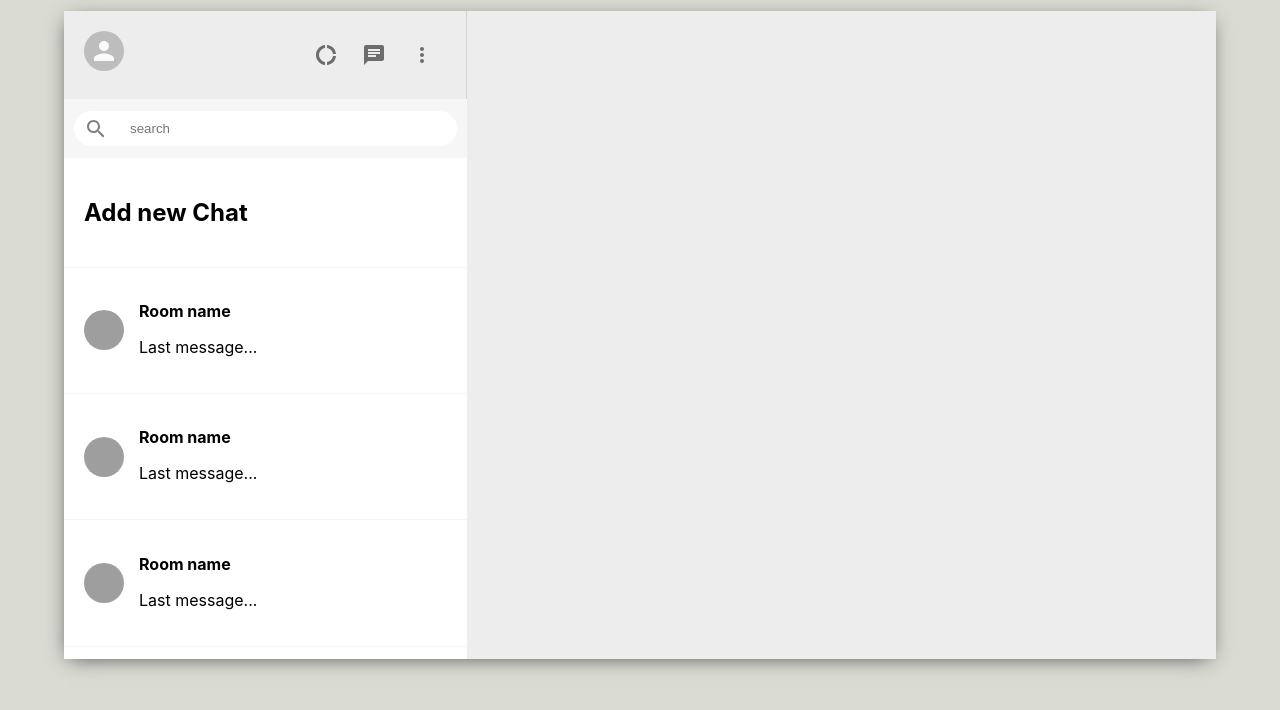
Repository: om1ars/functinal-chat
Page: /
These files come from the project's save history. The page is drawn as it stood at one moment and after a run of saves; the edit follows.
The browser window is 1280 px wide. The pictures show the whole page.
Pictures or frames that could not be fetched are drawn as grey boxes. The project was rebuilt for these pictures with package versions that can differ from the ones it lists, and the page was loaded fresh each time.

Above is the page before, as saved 2021-11-22 14:19:00.

### src/App.js
import "./App.css";
import Chat from "./components/Chat";
import Sidebar from "./components/Sidebar";

function App() {
  return (
    <div className="app">
      <div className="app__body">
        <Sidebar />
        <Chat />
      </div>
    </div>
  );
}

export default App;

### src/App.css
.app {
  background-color: #dadbd3;
  height: 100vh;
  display: grid;
  place-items: center;
}
.app__body {
  display: flex;
  width: 90vw;
  background-color: #ededed;
  margin-top: -50px;
  box-shadow: -1px 4px 20px -6px rgba(0, 0, 0, 0.7);
  height: 90vh;
}

### src/components/Chat.js
import React from 'react'
import './Chat.css'

export default function Chat() {
    return (
        <div className='chat'>

        </div>
    )
}

### src/components/Sidebar.js
import React from "react";
import "./Sisdebar.css";
import { Avatar, IconButton } from "@material-ui/core";
import { DonutLarge, Chat, MoreVert, SearchOutlined } from "@material-ui/icons";
import SidebarChat from "./SidebarChat";
function Sidebar() {
  return (
    <div className="sidebar">
      <div className="sidebar__header">
        <Avatar />
        <div className="sidebar__headerRight">
          <IconButton>
            <DonutLarge />
          </IconButton>
          <IconButton>
            <Chat />
          </IconButton>
          <IconButton>
            <MoreVert />
          </IconButton>
        </div>
      </div>
      <div className="sidebar__search">
        <div className="sidebar__searchContainer">
          <SearchOutlined />
          <input placeholder="search" type="text" />
        </div>
      </div>
      <div className="sidebar__chats">
        <SidebarChat addNewChat="Add new chat" />
        <SidebarChat  />
        <SidebarChat  />
        <SidebarChat  />
        <SidebarChat  />
        <SidebarChat  />
        <SidebarChat  />
      </div>
    </div>
  );
}

export default Sidebar;

### src/components/Chat.css
.chat {
    flex: .65;
}

### src/components/Sisdebar.css
.sidebar__header {
  display: flex;
  justify-content: space-between;
  padding: 20px;
  border-right: 1px solid lightgray;
}
.sidebar {
  flex: 0.35;
  display: flex;
  flex-direction: column;
}
.sidebar__headerRight {
  display: flex;
  align-items: center;
  justify-content: space-between;
  min-width: 10vw;
}

.sidebar__headerRight > .MuiSvgIcon-root {
  margin-right: 2vw;
  font-size: 24px !important;
}
.sidebar__search {
  display: flex;
  align-items: center;
  background-color: #f6f6f6;
  height: 39px;
  padding: 10px;
}
.sidebar__searchContainer {
  display: flex;
  align-items: center;
  background-color: white;
  width: 100%;
  height: 35px;
  border-radius: 25px;
}
.sidebar__searchContainer > input {
  border: none;
  margin-left: 10px;
  outline: none;
}
.sidebar__searchContainer > .MuiSvgIcon-root {
  color: gray;
  padding: 10px;
}

.sidebar__chats {
  flex: 1;
  background-color: white;
  overflow: scroll;
}

### src/components/SidebarChat.js
import { Avatar } from "@material-ui/core";
import React, { useEffect, useState } from "react";
import "./SidebarChat.css";

export default function SidebarChat({ addNewChat }) {
  const [seed, setSeed] = useState("");
  const createChat = () => {
    const roomName = prompt("Please enter e roomname");

    if(roomName){

    }
  };

  useEffect(() => {
    setSeed(Math.floor(Math.random() * 5000));
  }, []);
  return !addNewChat ? (
    <div className="sidebarChat">
      <Avatar src={`https://avatars.dicebear.com/api/human/${seed}.svg`} />
      <div className="sidebarChat__info">
        <h2>Room name</h2>
        <p>Last message...</p>
      </div>
    </div>
  ) : (
    <div onClick={createChat} className="sidebarChat">
      <h2>Add new Chat</h2>
    </div>
  );
}

### src/components/SidebarChat.css
.sidebarChat {
  display: flex;
  padding: 20px;
  cursor: pointer;
  border-bottom: 1px solid #f6f6f6;
  align-items: center;
}
.sidebarChat:hover {
  background-color: #ebebeb;
}
.sidebarChat__info > h2 {
  font-size: 16px;
  margin-bottom: 8px;
}
.sidebarChat__info {
  margin-left: 15px;
}

Loaded but not shown: public/index.html (common file); src/index.js (common file); src/index.css (common file)

After the next 2 saves:
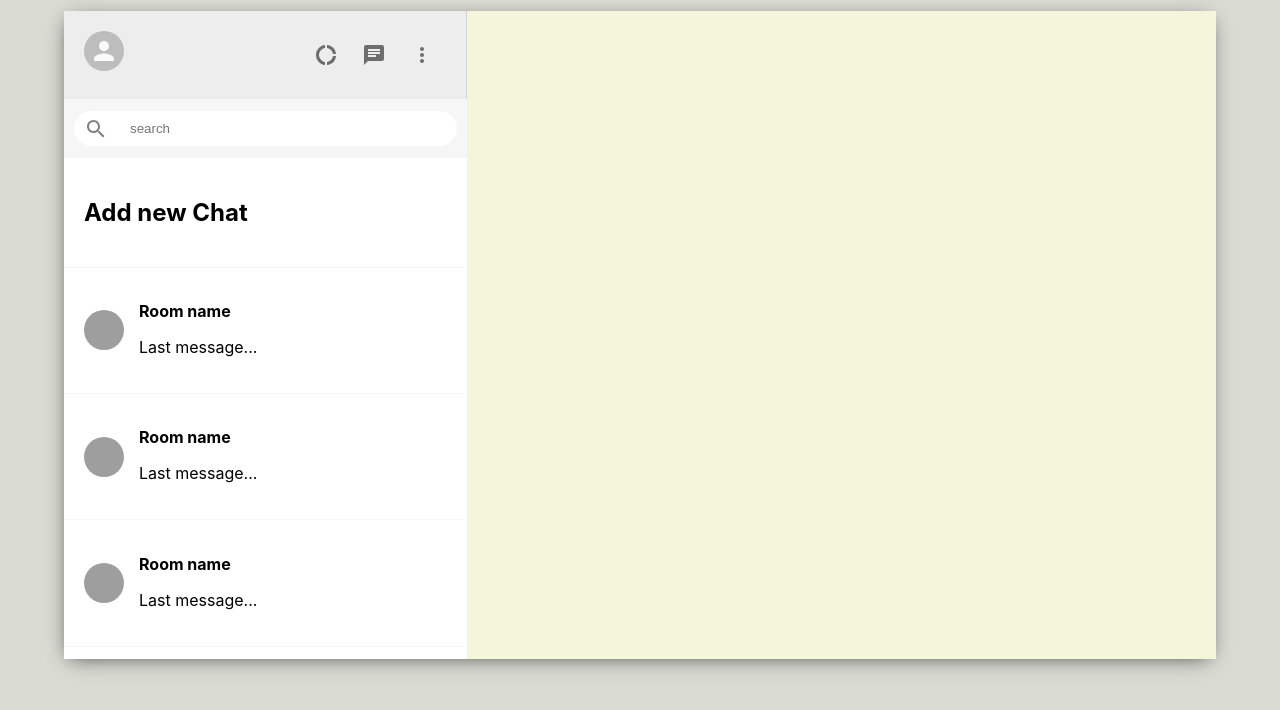
The 2 saves are shown as one change because they came seconds apart.
The last was saved 5 s later.
--- a/src/components/Chat.css
+++ b/src/components/Chat.css
@@ -1,3 +1,4 @@
 .chat {
-    flex: .65;
+  flex: 0.65;
+  background-color: beige;
 }
